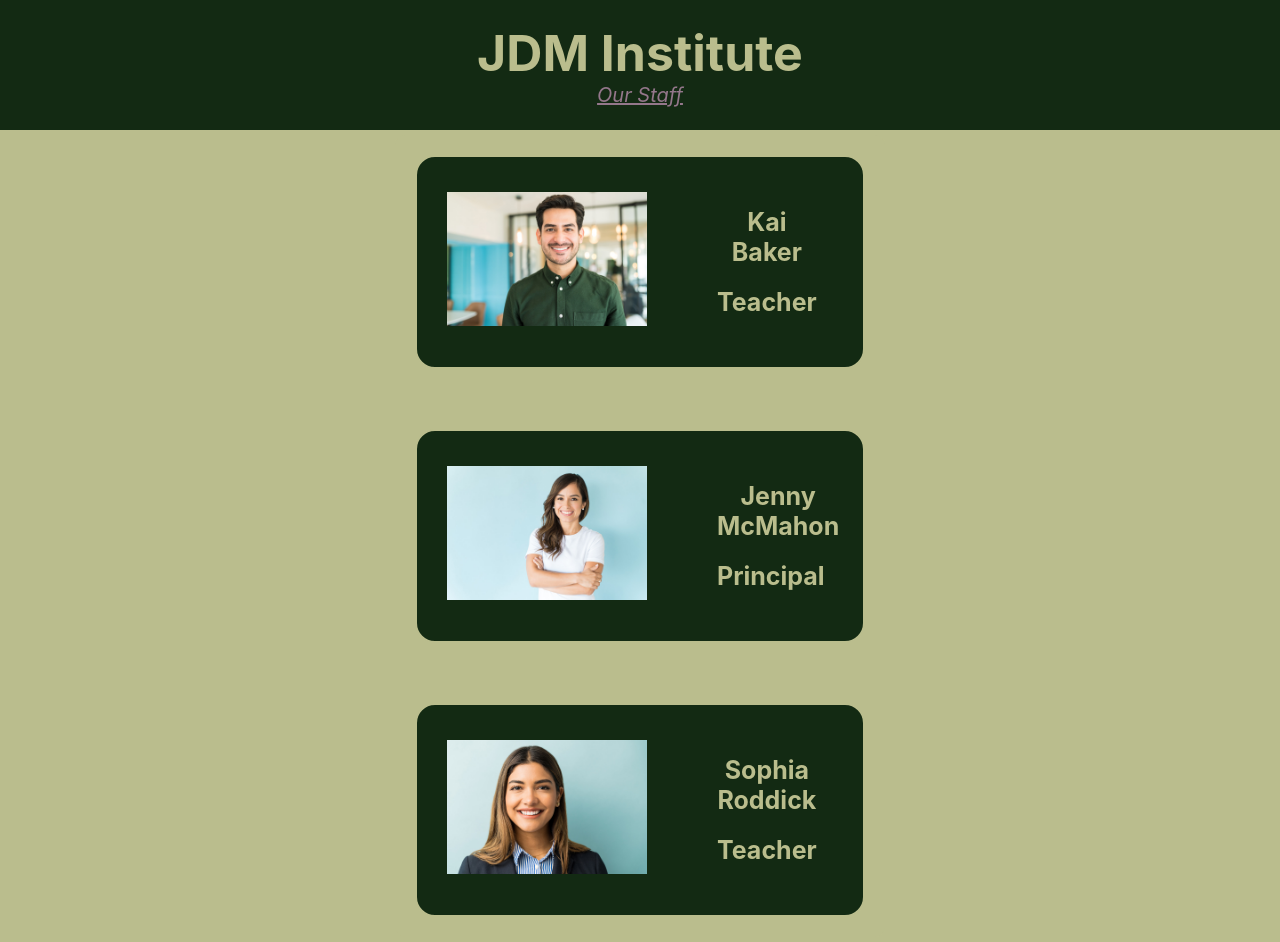
Repository: jennydmcm/class03practice
Page: /about
An editor plug-in stored every save of this project. The page is shown before and after the next save, followed by the edit.
The browser window is 1280 px wide. The pictures show the whole page.
The project was rebuilt for these pictures with package versions that can differ from the ones it lists, and the page was loaded fresh each time. The framework's server and built-in components were replaced by stand-ins that run in the browser. Also part of the build but not shown: next.config.js.

Above is the page before, as saved 2023-01-24 21:30:50.

### pages/about.js
import Head from 'next/head'
import Image from 'next/image'
import { Inter } from '@next/font/google'
import data from '../data/employee.json'
import Link from 'next/link'
import { useState } from 'react'
import Card from '@/components/Card/about'
import styles from '@/styles/About.module.css'

export default function About() {
    const [information, setInformation] = useState([...data])

    return (
        <>
            <Head>
                <title>About Us</title>
                <meta name="description" content="Generated by create next app"/>
                <meta name="viewport" content="width=device-width, initial-scale=1"/>
                <link rel="icon" href="/favicon.ico"/>
            </Head>
            <main className={styles.main}>
        <div className={styles.navbar}>
          <div className={styles.navtitle}>JDM Institute</div>
          <div className={styles.navbutton}>
            <Link className={styles.link} href="about">Our Staff</Link>
          </div>
        </div>

      <div className={styles.cards}>
        {
         information && information.map((info, index) => {
              return (
                <Card
                class="employee-card"
                key={index}
                name={info.name}
                position={info.position}
                colourCard="#132A13"
                font="25px"
                fontColour="#BABD8D"
                />
              )

          })
        }


        </div>
      </main>
    </>
  )
      }

### data/employee.json
[
    {
        "employeeNumber": "78896",
        "name": "Kai Baker",
        "department": "Science",
        "position": "Teacher"

    },
    {
        "employeeNumber": "78897",
        "name": "Jenny McMahon",
        "department": "Science",
        "position": "Principal"
    },
    {
        "employeeNumber": "78898",
        "name": "Sophia Roddick",
        "department": "Science",
        "position": "Teacher"
    }
]

### components/Card/about.js
export default function Card ({
    name="none",
    position="none",
    colourCard="none",
    colourInfo="none",
    font="0",
    fontColour="white",
    image="icon/personTwo.png"
}) {
    return (
        <div style={{
            backgroundColor: colourCard,
            fontSize: font,
            color: fontColour,
            border: "2px solid",
            display: "flex",
            alignItems:"center",
            borderRadius: "20px",
            width: "450px",
            padding: "20px",
            margin: "20px",
            fontWeight: "700"
        }}>
            <div style={{
                marginRight: "40px",
                marginLeft: "10px"
            }}>
                {
                    name === "Kai Baker" ? <img src={"icon/kai.jpg"} width={"200px"} />:
                    name === "Jenny McMahon" ? <img src={'icon/jenny.jpg'} width={"200px"} />:
                    name === "Sophia Roddick" ? <img src={'icon/sophia.jpg'} width={"200px"}/>:
                    <img src={image}/>
                }
            </div>
            <div style={{

                borderRadius: "20px",
                padding: "20px",
                display: "flex",
                flexDirection:"column",
                alignItems: "center",
                justifyContent: "center",

            }}>
                <div style={{
                    padding: "10px",
                    width: "100%",
                    color: "#BABD8D",
                    textAlign: "center",
                    borderRadius: "10px"
                }}>
                    {name}
                </div>
                <div style={{
                    padding: "10px",
                    textAlign: "left",
                    width: "100%"
                }}>
                    {position}
                </div>

                </div>
            </div>
    )
            }

### styles/About.module.css
.main {
    display: flex;
    flex-direction: column;
    justify-content: space-between;
    align-items: center;
    background-color: #BABD8D;
  }



  .navbar{
    display: flex;
    flex-direction: column;
    width: 100%;
    height: 130px;
    background-color: #132A13;
    justify-content: center;
    align-items: center;

  }

  .navtitle{
    font-size: 50px;
    font-weight: bold;
    font-family: 'Inter';
    color: #BABD8D;
  }
  .link{
    font-size: 20px;
    font-family: 'Inter';
    color: #94778B;
    font-style: italic;
    text-decoration: underline;
  }
  .cards{
    display: flex;
    flex-direction: column;
    align-items: center;
    margin: 5px;
    gap: 20px;
    min-height: 100vh;
    background-color: #BABD8D;
    justify-content: space-between;
    font-family: 'Inter';
    border-radius: 10px;
    color: #BABD8D;
  }


  .description {
    display: inherit;
    justify-content: inherit;
    align-items: inherit;
    font-size: 1rem;
    max-width: var(--max-width);
    width: 100%;
    z-index: 2;
    font-family: var(--font-mono);
  }

  .description a {
    display: flex;
    justify-content: center;
    align-items: center;
    gap: 1rem;
  }

  .description p {
    position: relative;
    margin: 0;
    padding: 1rem;
    background-color: rgba(var(--callout-rgb), 0.5);
    border: 1px solid rgba(var(--callout-border-rgb), 0.3);
    border-radius: var(--border-radius);
  }

  .code {
    font-weight: 700;
    font-family: var(--font-mono);
  }

  .grid {
    display: grid;
    grid-template-columns: repeat(4, minmax(25%, auto));
    width: var(--max-width);
    max-width: 100%;
  }

  .card {
    padding: 1rem 1.2rem;
    border-radius: var(--border-radius);
    background: rgba(var(--card-rgb), 0);
    border: 1px solid rgba(var(--card-border-rgb), 0);
    transition: background 200ms, border 200ms;
  }

  .card span {
    display: inline-block;
    transition: transform 200ms;
  }

  .card h2 {
    font-weight: 600;
    margin-bottom: 0.7rem;
  }

  .card p {
    margin: 0;
    opacity: 0.6;
    font-size: 0.9rem;
    line-height: 1.5;
    max-width: 30ch;
  }

  .center {
    display: flex;
    justify-content: center;
    align-items: center;
    position: relative;
    padding: 4rem 0;
  }

  .center::before {
    background: var(--secondary-glow);
    border-radius: 50%;
    width: 480px;
    height: 360px;
    margin-left: -400px;
  }

  .center::after {
    background: var(--primary-glow);
    width: 240px;
    height: 180px;
    z-index: -1;
  }

  .center::before,
  .center::after {
    content: '';
    left: 50%;
    position: absolute;
    filter: blur(45px);
    transform: translateZ(0);
  }

  .logo,
  .thirteen {
    position: relative;
  }

  .thirteen {
    display: flex;
    justify-content: center;
    align-items: center;
    width: 75px;
    height: 75px;
    padding: 25px 10px;
    margin-left: 16px;
    transform: translateZ(0);
    border-radius: var(--border-radius);
    overflow: hidden;
    box-shadow: 0px 2px 8px -1px #0000001a;
  }

  .thirteen::before,
  .thirteen::after {
    content: '';
    position: absolute;
    z-index: -1;
  }

  /* Conic Gradient Animation */
  .thirteen::before {
    animation: 6s rotate linear infinite;
    width: 200%;
    height: 200%;
    background: var(--tile-border);
  }

  /* Inner Square */
  .thirteen::after {
    inset: 0;
    padding: 1px;
    border-radius: var(--border-radius);
    background: linear-gradient(
      to bottom right,
      rgba(var(--tile-start-rgb), 1),
      rgba(var(--tile-end-rgb), 1)
    );
    background-clip: content-box;
  }

  /* Enable hover only on non-touch devices */
  @media (hover: hover) and (pointer: fine) {
    .card:hover {
      background: rgba(var(--card-rgb), 0.1);
      border: 1px solid rgba(var(--card-border-rgb), 0.15);
    }

    .card:hover span {
      transform: translateX(4px);
    }
  }

  @media (prefers-reduced-motion) {
    .thirteen::before {
      animation: none;
    }

    .card:hover span {
      transform: none;
    }
  }

  /* Mobile */
  @media (max-width: 700px) {
    .content {
      padding: 4rem;
    }

    .grid {
      grid-template-columns: 1fr;
      margin-bottom: 120px;
      max-width: 320px;
      text-align: center;
    }

    .card {
      padding: 1rem 2.5rem;
    }

    .card h2 {
      margin-bottom: 0.5rem;
    }

    .center {
      padding: 8rem 0 6rem;
    }

    .center::before {
      transform: none;
      height: 300px;
    }

    .description {
      font-size: 0.8rem;
    }

    .description a {
      padding: 1rem;
    }

    .description p,
    .description div {
      display: flex;
      justify-content: center;
      position: fixed;
      width: 100%;
    }

    .description p {
      align-items: center;
      inset: 0 0 auto;
      padding: 2rem 1rem 1.4rem;
      border-radius: 0;
      border: none;
      border-bottom: 1px solid rgba(var(--callout-border-rgb), 0.25);
      background: linear-gradient(
        to bottom,
        rgba(var(--background-start-rgb), 1),
        rgba(var(--callout-rgb), 0.5)
      );
      background-clip: padding-box;
      backdrop-filter: blur(24px);
    }

    .description div {
      align-items: flex-end;
      pointer-events: none;
      inset: auto 0 0;
      padding: 2rem;
      height: 200px;
      background: linear-gradient(
        to bottom,
        transparent 0%,
        rgb(var(--background-end-rgb)) 40%
      );
      z-index: 1;
    }
  }

  /* Tablet and Smaller Desktop */
  @media (min-width: 701px) and (max-width: 1120px) {
    .grid {
      grid-template-columns: repeat(2, 50%);
    }
  }

  @media (prefers-color-scheme: dark) {
    .vercelLogo {
      filter: invert(1);
    }

    .logo,
    .thirteen img {
      filter: invert(1) drop-shadow(0 0 0.3rem #ffffff70);
    }
  }

  @keyframes rotate {
    from {
      transform: rotate(360deg);
    }
    to {
      transform: rotate(0deg);
    }
  }

Loaded but not shown: pages/_app.js (common file); pages/_document.js (common file); styles/globals.css (common file)

After the next save:
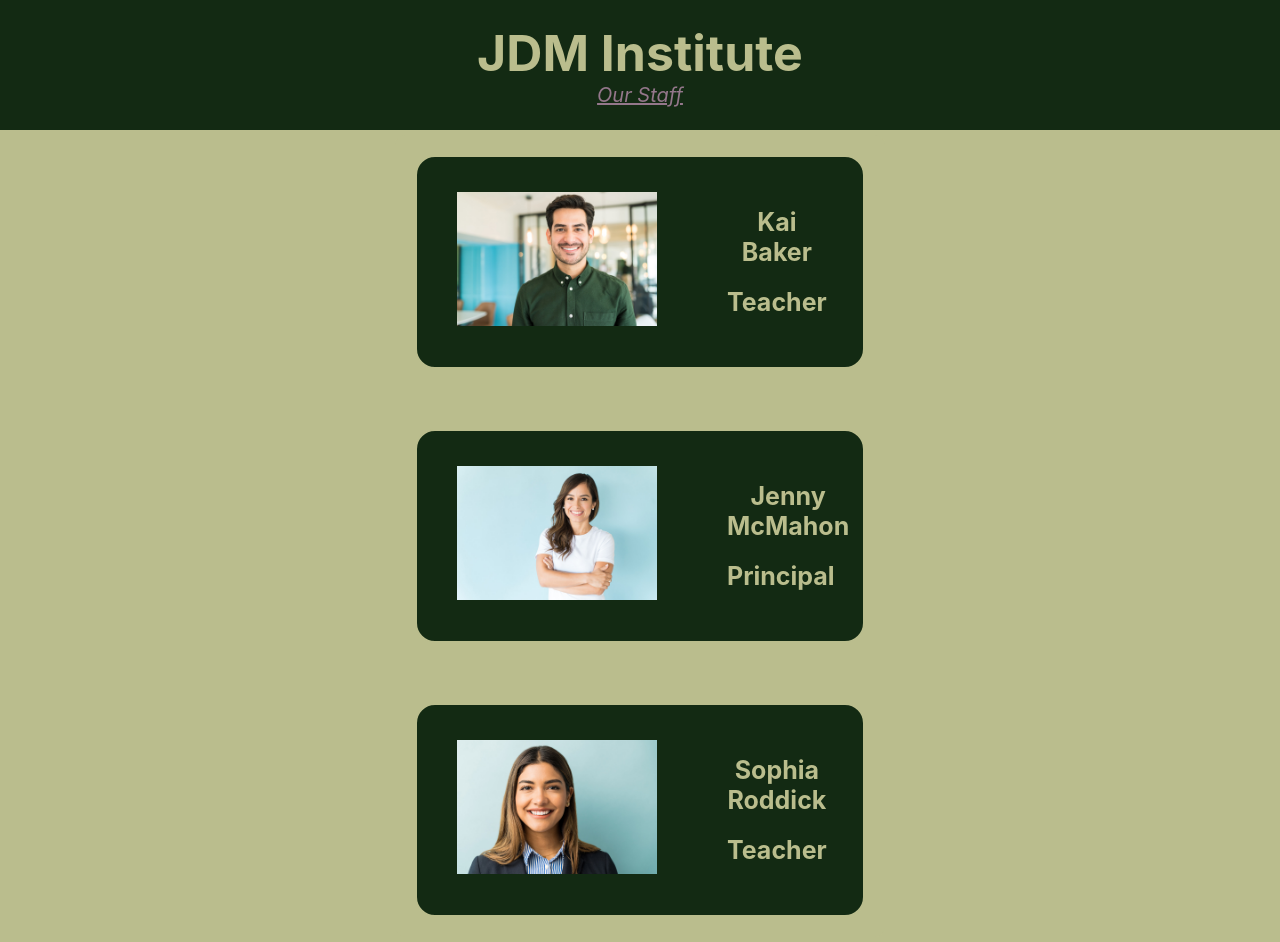
Saved 30 s later.
--- a/components/Card/about.js
+++ b/components/Card/about.js
@@ -23,7 +23,7 @@ export default function Card ({
         }}>
             <div style={{
                 marginRight: "40px",
-                marginLeft: "10px"
+                marginLeft: "20px"
             }}>
                 {
                     name === "Kai Baker" ? <img src={"icon/kai.jpg"} width={"200px"} />:
